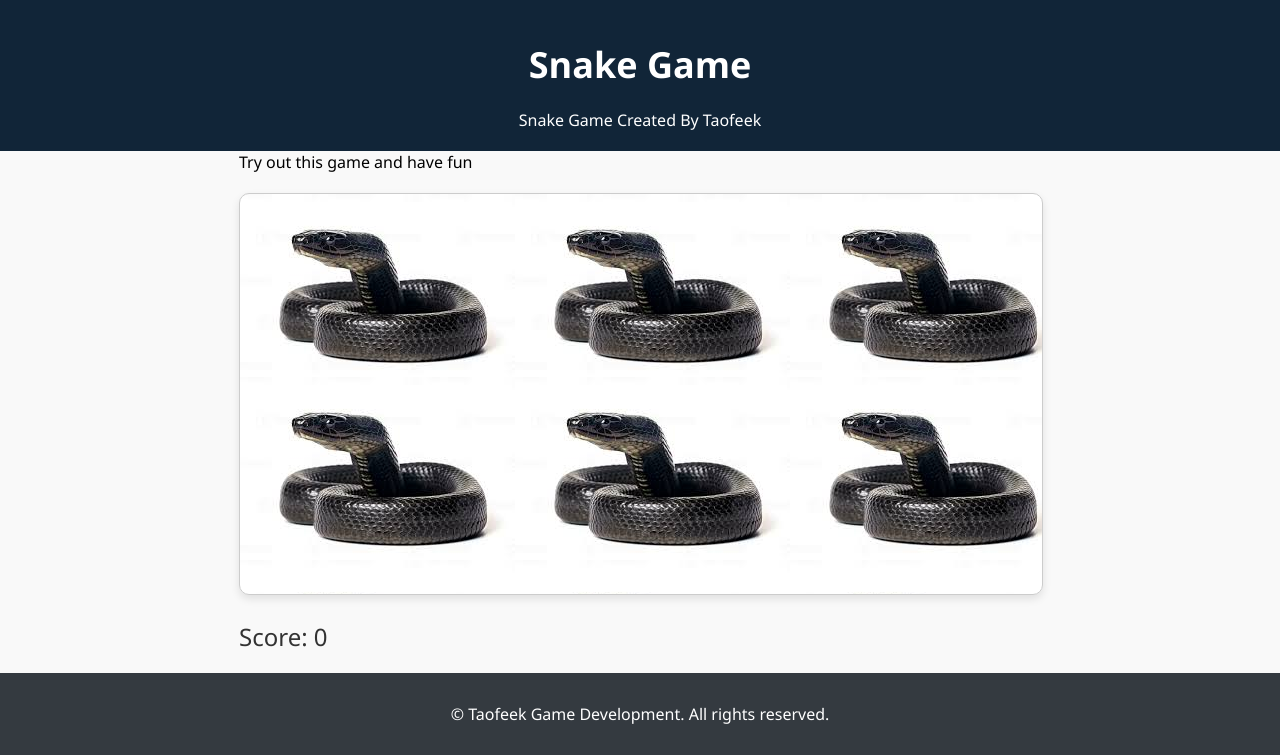
Repository: Taofeekolusola/Landing-page
Page: index.html
The author's editor kept a copy of each file at every save. The page is drawn from the files as they stood at one save, then again after the next save.
The browser window is 1280 px wide. The pictures show the whole page.

Above is the page before, as saved 2024-05-06 18:39:03.
Not found: script.js

After the next save:
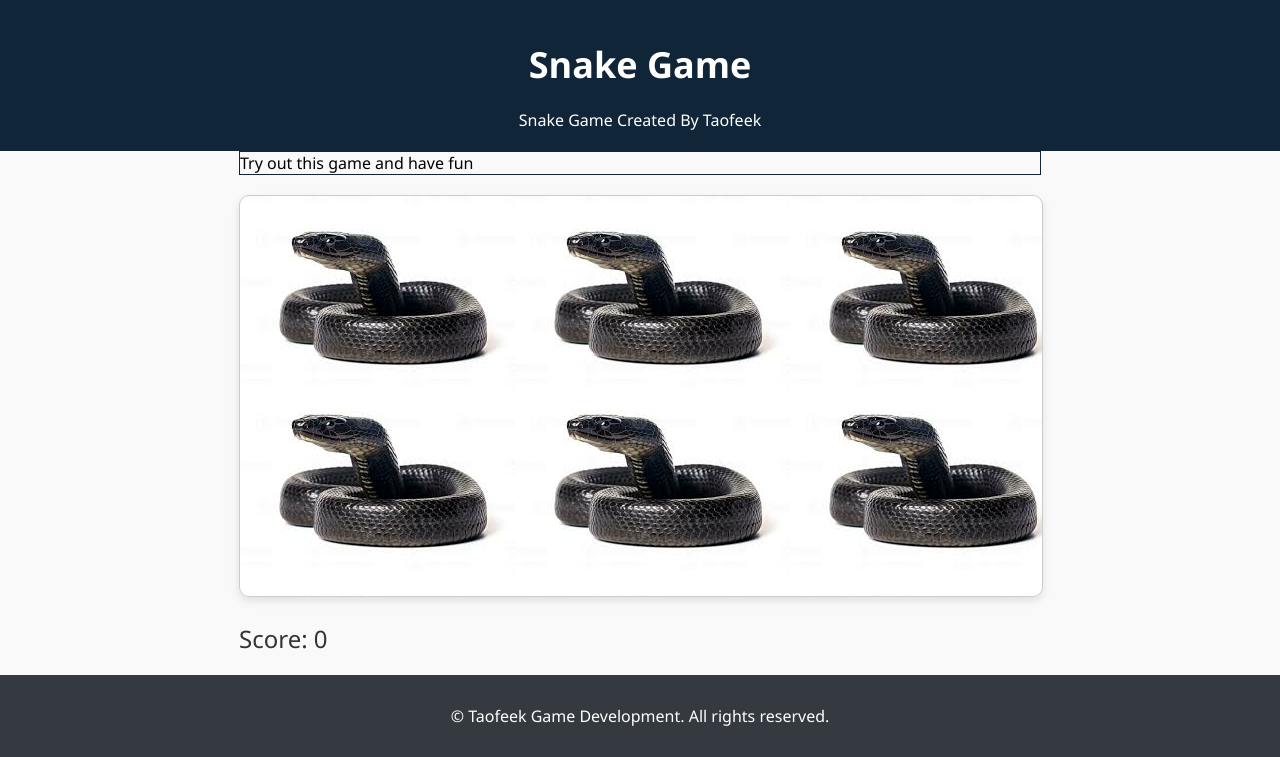
Saved 10 s later.
--- a/styles.css
+++ b/styles.css
@@ -36,7 +36,7 @@ header h1 {
 
 .text {
     margin-left: 0;
-    border: 1px solid #
+    border: 1px solid #112538
 }
 
 main {
